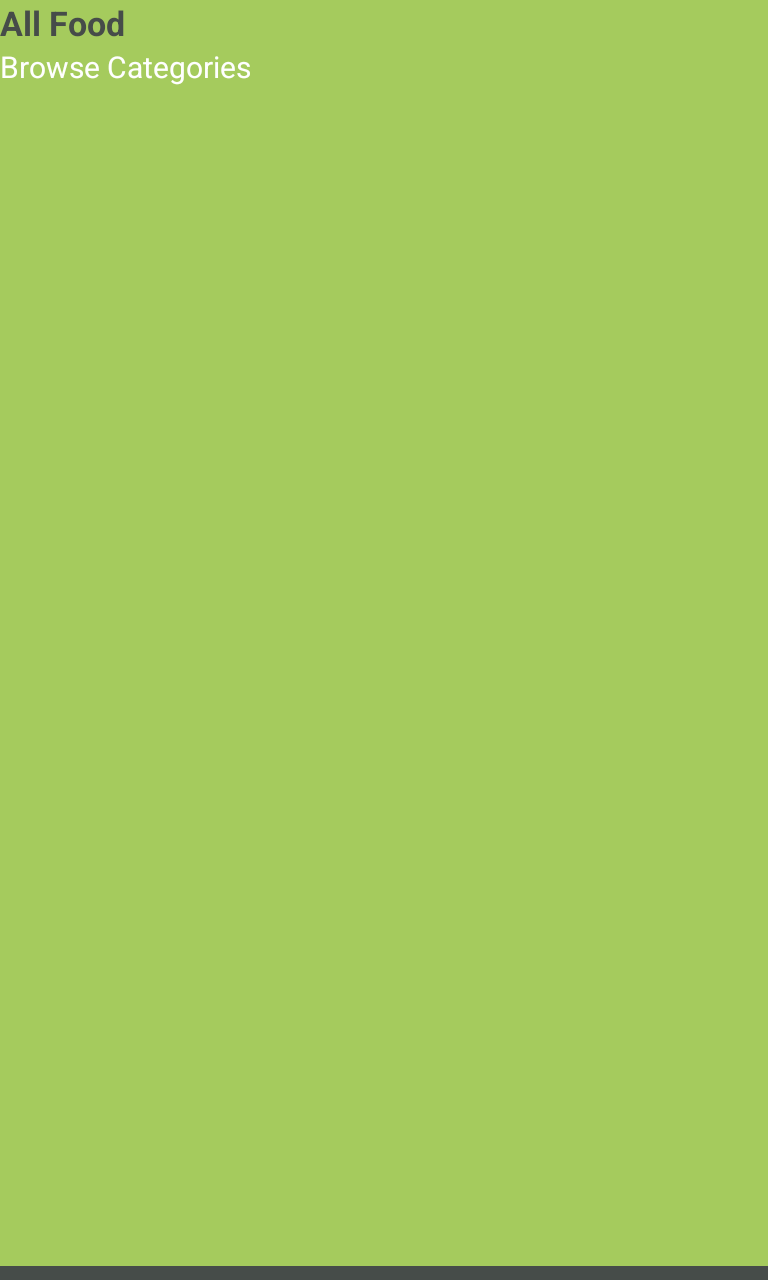
Repository: ShelfLifeApp/ShelfLife-Android
Layout: Implementation/ShelfLifeAndroid/res/layout/listview_header.xml
These files come from the project's save history. The layout is drawn as it stood at one moment and after the next save; the edit follows.
It is drawn on a 768 x 1280 px phone screen (xhdpi) without system bars, with theme Theme.Sherlock.Light; the app's code is not run.

Above is the layout before, as saved 2013-05-13 03:48:09.

After the next save:
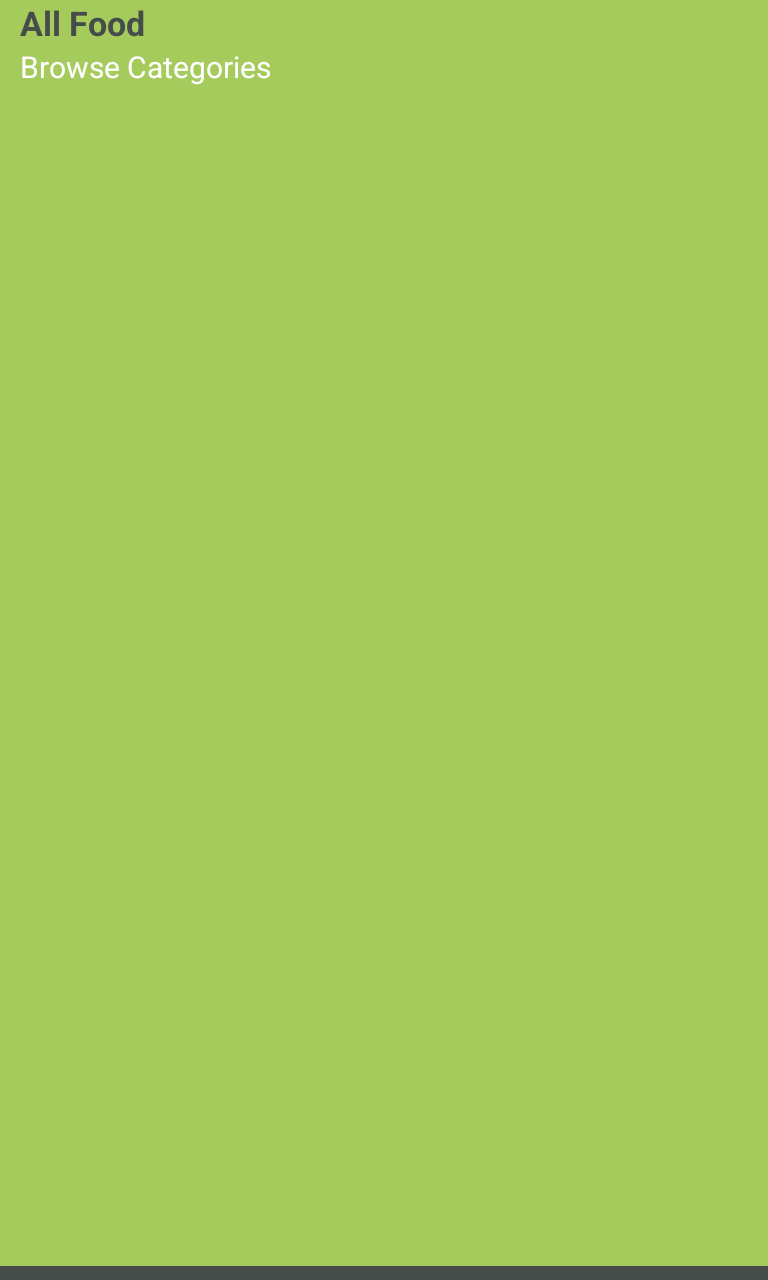
Saved 46 s later.
--- a/Implementation/ShelfLifeAndroid/res/layout/listview_header.xml
+++ b/Implementation/ShelfLifeAndroid/res/layout/listview_header.xml
@@ -10,7 +10,8 @@
         android:layout_width="match_parent"
         android:orientation="vertical"
         android:gravity="center_vertical"
-        android:layout_gravity="center_vertical">
+        android:layout_gravity="center_vertical"
+        android:layout_marginLeft="10dip">
 	    <TextView
 	        android:id="@+id/listview_header_title"
 	        android:layout_width="wrap_content"
